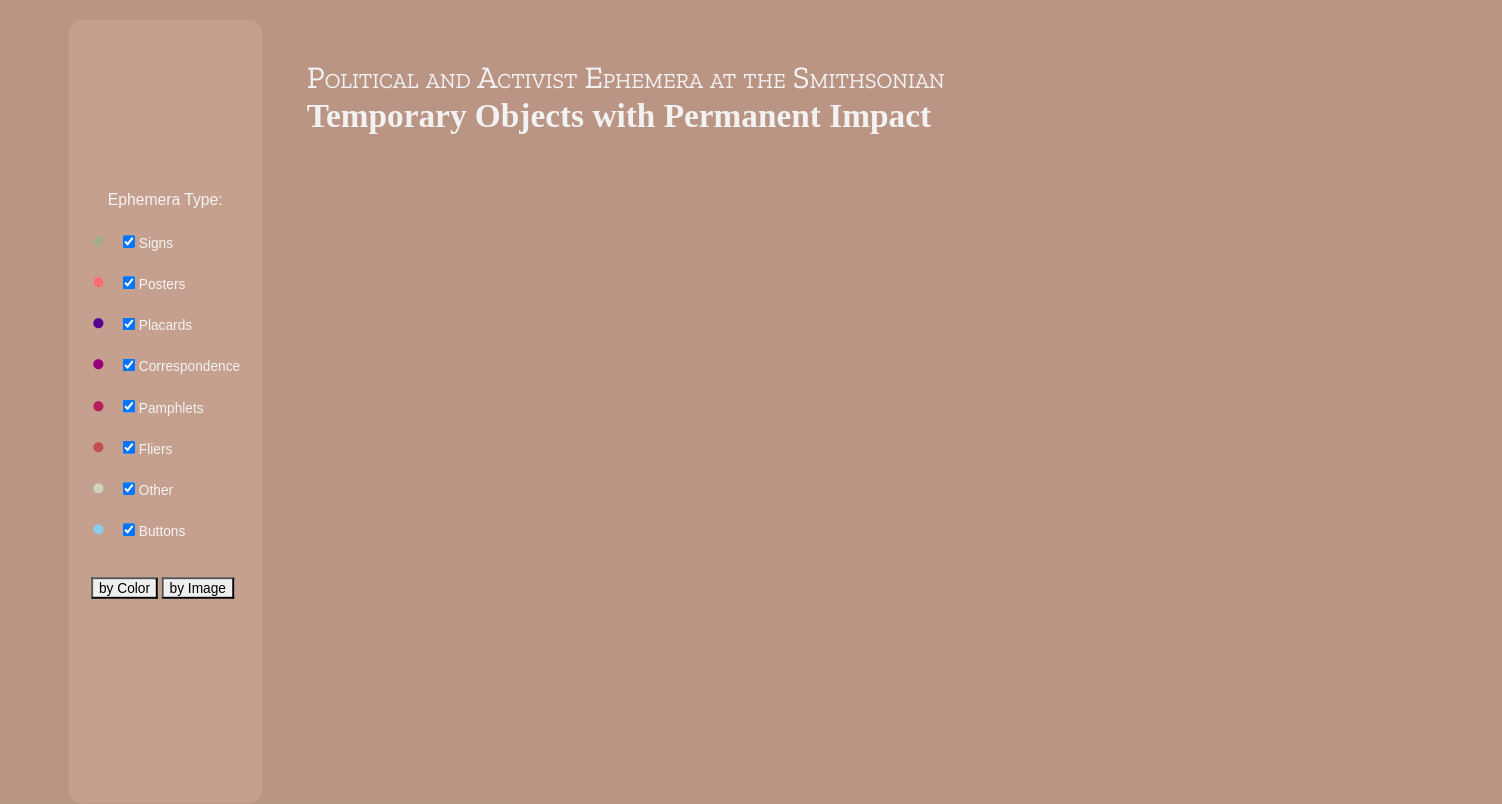
Repository: m0llyc00k/Major-studio-1
Page: Qualitative/examples-beeswarm/index-2.html
The author's editor kept a record of every edit. The page is drawn from the files as they stood at one moment, then again after the next edit.
The browser window is 1280 px wide. The page is 1533 px wide, so the pictures cover 1533 px, including what lies to the right of the window. The pictures show the whole page, at 98% of full size.
The page's requests for data from a server got no answer. Some web fonts or font styles are not loaded; a fallback is used.

Above is the page before.

### Qualitative/examples-beeswarm/index-2.html
<!DOCTYPE html>
<html lang="en">
<head>
  <title>Ephemera at the Smithsonian</title>
  <meta charset="utf-8">
  <meta name="viewport" content="width=device-width, initial-scale=1">
  <link rel="stylesheet" href="https://maxcdn.bootstrapcdn.com/bootstrap/4.5.2/css/bootstrap.min.css">
  <script src="https://ajax.googleapis.com/ajax/libs/jquery/3.5.1/jquery.min.js"></script>
  <script src="https://cdnjs.cloudflare.com/ajax/libs/popper.js/1.16.0/umd/popper.min.js"></script>
  <script src="https://maxcdn.bootstrapcdn.com/bootstrap/4.5.2/js/bootstrap.min.js"></script>
    <link rel="preconnect" href="https://fonts.googleapis.com">
    <link rel="preconnect" href="https://fonts.gstatic.com" crossorigin>
    <link href="https://fonts.googleapis.com/css2?family=Space+Grotesk:wght@300&family=Spartan:wght@100;400&family=Zilla+Slab:ital,wght@0,300;0,400;1,300;1,400&display=swap" rel="stylesheet">
    <link rel="preconnect" href="https://fonts.googleapis.com">
    <link rel="preconnect" href="https://fonts.gstatic.com" crossorigin>
    <link href="https://fonts.googleapis.com/css2?family=Zilla+Slab+Highlight:wght@400;700&display=swap" rel="stylesheet">

<style type="text/css">



        body {
            background-color: #ba9584;
            zoom: reset;
        }


        .graph {
            width: 50%;
            background-color: #ba9584;
        }

        #checkboxes > * {
            font: 14px sans-serif;
            font-weight: 300;
            color: #F3F3F3;
            padding: 3px;
            display: block;

        }

        .col-xs-4 {
            background-color: #C5A08E;
            padding: 20px;
            border-radius: 15px;
            padding-top: 150px;
        }

        .measure-group {
            display:grid;
        }


        svg {
        background-color: #ba9584;

        }

        .cells path {
            fill: none;
            pointer-events: all;
        }

        div.tooltip {
            position: fixed;
            text-align: left;
            color: white;
            white-space: normal;
            padding: 8px;
            font-size: 14px;
            background: rgb(96,125,139);
            border: 1px solid rgb(96,125,139);
            border-radius: 2px;
            pointer-events: none;
            cursor: pointer;
        }

        .axis path,
        .axis line {
            fill: none;
            stroke: rgb(96,125,139);
            shape-rendering: optimizeSpeed;
        }

        .axis text {
            font: 15px sans-serif;
            color: #F3F3F3;

        }

        .typeSort {}


        .container {
            padding-top: 20px;
        }




      </style>

</head>
<body>

<div class="container">
  <div class="row">

            <div class="col-xs-4"  id="checkboxes">
                <span style="position:relative; top: 5px; font-size: 16px; padding:20px;">Ephemera Type:</span>
                <label class="mdl-checkbox mdl-js-checkbox mdl-js-ripple-effect">
                    <span class="mdl-checkbox__label" id="signsColor" style="font-size: 24px; color: #530094;">&#9679;&nbsp;&nbsp;</span>
                    <input type="checkbox" value="signs" class="mdl-checkbox__input typeSort" checked="">    Signs
                </label>
                <label class="mdl-checkbox mdl-js-checkbox mdl-js-ripple-effect">
                    <span class="mdl-checkbox__label" id="postersColor" style="font-size: 24px; color: #A8B1E1;">&#9679;&nbsp;&nbsp;</span>
                    <input type="checkbox" value="posters" class="mdl-checkbox__input typeSort" checked="">    Posters
                </label>
                <label class="mdl-checkbox mdl-js-checkbox mdl-js-ripple-effect">
                    <span class="mdl-checkbox__label" id="placardsColor" style="font-size: 24px; color: #0E09F8;">&#9679;&nbsp;&nbsp;</span>
                    <input type="checkbox" value="placards" class="mdl-checkbox__input typeSort" checked="">    Placards
                </label>
                <label class="mdl-checkbox mdl-js-checkbox mdl-js-ripple-effect">
                     <span class="mdl-checkbox__label" id="correspondenceColor" style="font-size: 24px; color: #8C19E7;">&#9679;&nbsp;&nbsp;</span>
                    <input type="checkbox" value="correspondence" class="mdl-checkbox__input typeSort" checked="">    Correspondence
                </label>
                <label class="mdl-checkbox mdl-js-checkbox mdl-js-ripple-effect">
                     <span class="mdl-checkbox__label" id="pamphletsColor" style="font-size: 24px; color: #12107A;">&#9679;&nbsp;&nbsp;</span>
                    <input type="checkbox" value="pamphlets" class="mdl-checkbox__input typeSort" checked="">    Pamphlets
                </label>
                    <label class="mdl-checkbox mdl-js-checkbox mdl-js-ripple-effect">
                     <span class="mdl-checkbox__label" id="fliersColor" style="font-size: 24px; color: #8387F5;">&#9679;&nbsp;&nbsp;</span>
                    <input type="checkbox" value="fliers" class="mdl-checkbox__input typeSort" checked="">    Fliers
                </label>
                    <label class="mdl-checkbox mdl-js-checkbox mdl-js-ripple-effect">
                    <span class="mdl-checkbox__label" id="otherColor" style="font-size: 24px; color: #A8E1D8;">&#9679;&nbsp;&nbsp;</span>
                    <input type="checkbox" value="other" class="mdl-checkbox__input typeSort" checked="">    Other
                </label>
                <label class="mdl-checkbox mdl-js-checkbox mdl-js-ripple-effect">
                    <span class="mdl-checkbox__label" id="buttonsColor" style="font-size: 24px; color: #936C85;">&#9679;&nbsp;&nbsp;</span>
                    <input type="checkbox" value="buttons" class="mdl-checkbox__input typeSort" checked="">  Buttons
                </label>
                <div class="centered" style="padding-top: 25px">
    <div class="legendButtons" data-toggle="colorOrImage">
                <button onclick="changeColor()">by Color</button>
                <button onclick="changeImage()">by Image</button>
        <!--<button type="button" onclick="changeColor()" id="color" class="measure mdl-button mdl-js-button mdl-button--raised mdl-button--colored" value="typeSort">Type by Color</button> </br>-->
        <!--<button type="button" onclick="changeImage()" id="image" class="measure mdl-button mdl-js-button mdl-button--raised mdl-button--colored" value="primaryImage">Type by Image</button>-->
    </div>
    <!--<div class="scale-group" data-toggle="buttons-radio">-->
    <!--    <button type="button" class="scale mdl-button mdl-js-button mdl-button--raised mdl-button--colored" value="scaleLinear">Linear Scale</button>-->
    <!--    <button type="button" class="scale mdl-button mdl-js-button mdl-button--raised mdl-button--colored" value="scaleLog">Log Scale</button>-->
    <!--</div>-->
</div>
            </div>

    <div class="col-md-4" id="svganchor"></div><div class="col-xs-4"></div>




  </div>


<script src = "https://d3js.org/d3.v5.min.js"></script>
<script src = "beeswarm-2.js"></script>

</body>
</html>

### Qualitative/examples-beeswarm/beeswarm-2.js
let height = 800;
let width = 1250;
let margin = ({top: 40, right: 40, bottom: 34, left: 40});
let allDates = [];

// Data structure describing chart scales
let Scales = {
    lin: "scaleLinear",
    log: "scaleLog"
};

// Data structure describing volume of displayed data
let Count = {
    dateSort: "dateSort",
};

// Data structure describing legend fields value
let Legend = {
    dateSort: "dateSort",
};

let chartState = {};

chartState.measure = Count.dateSort;
chartState.scale = Scales.lin;
chartState.legend = Legend.dateSort;


// Colors used for circles depending on typeSort
let colors = d3.scaleOrdinal()
    .domain(["buttons", "signs", "posters", "placards", "correspondence", "pamphlets", "fliers", "other"])
    .range(['#88CCEE','#A2AC87','#FE6D73','#530094','#970078','#b71d5f', '#c44f51', '#CCD4BD']);

    // #88CCEE,#CC6677,#DDCC77,#117733,#332288,#AA4499,#44AA99,#999933,#882255,#661100,#6699CC,#888888

d3.select("#buttonsColor").style("color", colors("buttons"));
d3.select("#signsColor").style("color", colors("signs"));
d3.select("#postersColor").style("color", colors("posters"));
d3.select("#placardsColor").style("color", colors("placards"));
d3.select("#correspondenceColor").style("color", colors("correspondence"));
d3.select("#pamphletsColor").style("color", colors("pamphlets"));
d3.select("#fliersColor").style("color", colors("fliers"));
d3.select("#otherColor").style("color", colors("other"));


let svg = d3.select("#svganchor")
    .append("svg")
    .attr("width", width)
    .attr("height", height)

svg.append("text")
        .attr("x", 30)
        .attr("y", 70)
        .attr("text-anchor", "left")
        .style("font-size", "32px")
        .style("fill", "#f2f2f2")
        .style("font-family", "Zilla Slab")
        .style("font-variant", "small-caps")
        .text("Political and Activist Ephemera at the Smithsonian");

// Add subtitle to graph
svg.append("text")
        .attr("x", 30)
        .attr("y", 110)
        .attr("text-anchor", "left")
        .style("font-size", "34px")
        .style("fill", "#f2f2f2")
        .style("max-width", 400)
        .style("font-family", "Zilla Slab Highlight")
        .style("font-weight", 700)
        .text("Temporary Objects with Permanent Impact");



let xScale = d3.scaleLinear()
    .domain(allDates.map(d => d.dateSort))
    .range([margin.left, width - margin.right])

svg.append("g")
    .attr("class", "x axis")
    .attr("transform", "translate(0," + (height - margin.bottom) + ")")


// Create line that connects circle and X axis
let xLine = svg.append("line")
    .attr("stroke", "rgb(96,125,139)")
    .attr("stroke-dasharray", "3,4")
    .attr("stroke-width", "2");

// Create tooltip div and make it invisible
let tooltip = d3.select("#svganchor").append("div")
    .attr("class", "tooltip")
    .style("opacity", 0);

let tooltip2 = d3.select("#svganchor").append("div")
    .attr("class", "tooltip")
    .style("opacity", 0);

// Load and process data
d3.csv("https://raw.githubusercontent.com/m0llyc00k/major-studio-1/main/Qualitative/examples-beeswarm/beeswarm-data-new-Images.csv").then(function (data) {

    let dataSet = data;

    redraw();



    // Trigger filter function whenever checkbox is ticked/unticked
    d3.selectAll("input").on("change", filter);

    function redraw() {

        // Set scale type based on button clicked
        if (chartState.scale === Scales.lin) {
            xScale = d3.scaleLinear().range([ margin.left, width - margin.right ])
        }

        if (chartState.scale === Scales.log) {
            xScale = d3.scaleLog().range([ margin.left, width - margin.right ]);
        }

        xScale.domain(d3.extent(dataSet, function(d) {
            return +d[chartState.measure];
        }));

//set x axis
        let xAxis = d3.axisBottom(xScale)
                .ticks(12, ".0f");


        d3.transition(svg).select(".x.axis")
            .transition()
            .duration(1000)
            .call(xAxis);

        // Create simulation with specified dataset
        let simulation = d3.forceSimulation(dataSet)
            // Apply positioning force to push nodes towards desired position along X axis
            .force("x", d3.forceX(function(d) {
                // Mapping of values from date/perCapita column of dataset to range of SVG chart (<margin.left, margin.right>)
                return xScale(+d[chartState.measure]);  // This is the desired position
            }).strength(8))  // Increase velocity
            .force("y", d3.forceY((height / 1.75) - margin.bottom))  // // Apply positioning force to push nodes towards center along Y axis
            .force("collide", d3.forceCollide(14)) // Apply collision force with radius of 9 - keeps nodes centers 9 pixels apart
            .stop();  // Stop simulation from starting automatically

        // Manually run simulation
        for (let i = 0; i < dataSet.length; ++i) {
            simulation.tick(5);
        }


// function changeColor() {

        // Create ephemera circles
        let titleCircles = svg.selectAll(".title")
            .data(dataSet, function(d) { return d.title });

        titleCircles.exit()
            .transition()
            .duration(1000)
            .attr("cx", 0)
            .attr("cy", (height / 2) - margin.bottom / 2)
            .remove();

        titleCircles.enter()
            .append("circle")
            .attr("class", "title")
            .attr("cx", width - margin.right)
            .attr("cy", (height) - margin.bottom)
            .attr("r", 13)
            .attr("fill", function(d){ return colors(d.typeSort)})
            .merge(titleCircles)
            .transition()
            .duration(2000)
            .attr("cx", function(d) { return d.x; })
            .attr("cy", function(d) { return d.y; });

// }



// function changeImage (){

// var images = svg.selectAll(".primaryImage")
//             .data(dataSet, function(d) { return d.primaryImage });

//         images.exit()
//             .transition()
//             .duration(1000)
//             .attr("x", 0)
//             .attr("y", (height) - margin.bottom)
//             .remove()

//         titleCircles.exit()
//             .transition()
//             .duration(1000)
//             .attr("cx", 0)
//             .attr("cy", (height / 2) - margin.bottom / 2)
//             .remove();

//         images.enter()
//             .append("image")
//             .attr("xlink:href", function(d) { return d.primaryImage;})
//             .attr("width", 26)
//             .attr("height", 26)
//             .attr("x", width - margin.right / 2)
//             .attr("y", (height) - margin.bottom / 2)
//             .merge(images)
//             .transition()
//             .duration(2000)
//             .attr("x", function(d) { return d.x; })
//             .attr("y", function(d) { return d.y; });

// }



        // Show tooltip when hovering over circle (data for respective country)
        d3.selectAll(".title").on("mousemove", function(d) {
            tooltip.html(`<div id="textTooltip">
                          <strong>${d.title}</strong><br>
                          ${d.typeTrue}<br>
                          <strong>${d.dateTrue}</strong><br>
                          </div>
                          <div id="imageTooltip" float:right>
                          <img src="${d.primaryImage}" alt="image here">
                          </div>
                          `)
                // .style('top', d3.event.pageY - 1 + 5 + 'px')
                // .style('left', d3.event.pageX + 1 + 10 + 'px')
                .style("opacity", 0.9)
                .style("left", d3.select(this).attr("cx") + "px")
                .style("top", d3.select(this).attr("cy") + "px");




            xLine.attr("x1", d3.select(this).attr("cx"))
                .attr("y1", d3.select(this).attr("cy"))
                .attr("y2", (height - margin.bottom))
                .attr("x2",  d3.select(this).attr("cx"))
                .attr("opacity", 1)


        }).on("mouseout", function(_) {
            tooltip.style("opacity", 0);
            xLine.attr("opacity", 0);
        });

    }

    // Filter data based on which checkboxes are ticked
    function filter() {

        function getCheckedBoxes(checkboxName) {

            let checkboxes = d3.selectAll(checkboxName).nodes();
            let checkboxesChecked = [];
            for (let i = 0; i < checkboxes.length; i++) {
                if (checkboxes[i].checked) {
                    checkboxesChecked.push(checkboxes[i].defaultValue);
                }
            }
            return checkboxesChecked.length > 0 ? checkboxesChecked : null;
        }

        let checkedBoxes = getCheckedBoxes(".typeSort");

        let newData = [];

        if (checkedBoxes == null) {
            dataSet = newData;
            redraw();
            return;
        }

        for (let i = 0; i < checkedBoxes.length; i++){
            let newArray = data.filter(function(d) {
                return d.typeSort === checkedBoxes[i];
            });
            Array.prototype.push.apply(newData, newArray);
        }

        dataSet = newData;
        redraw();
    }

}).catch(function (error) {
    if (error) throw error;
});

After the next edit:
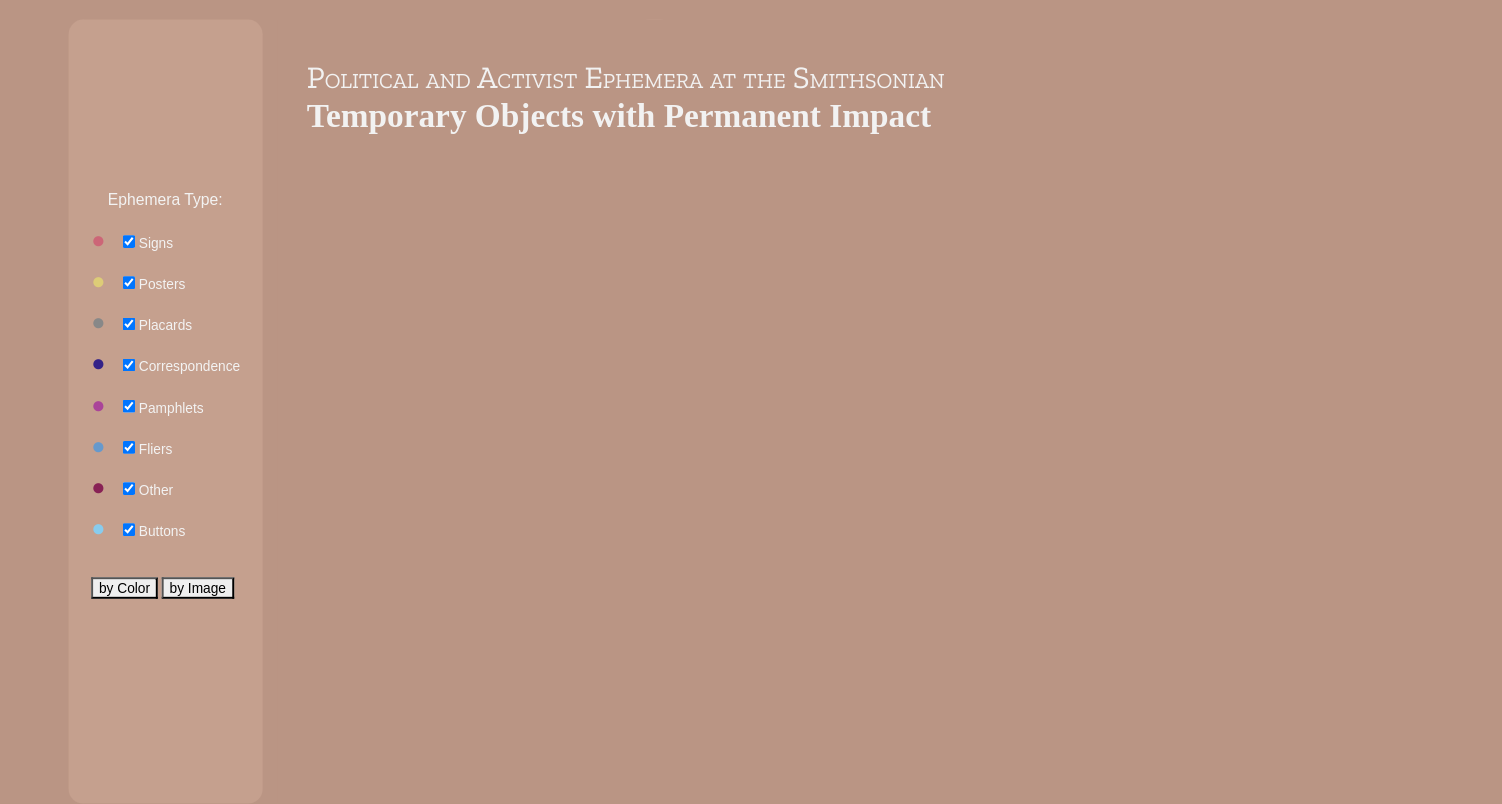
The edit:
--- a/Qualitative/examples-beeswarm/beeswarm-2.js
+++ b/Qualitative/examples-beeswarm/beeswarm-2.js
@@ -29,7 +29,7 @@
 // Colors used for circles depending on typeSort
 let colors = d3.scaleOrdinal()
     .domain(["buttons", "signs", "posters", "placards", "correspondence", "pamphlets", "fliers", "other"])
-    .range(['#88CCEE','#A2AC87','#FE6D73','#530094','#970078','#b71d5f', '#c44f51', '#CCD4BD']);
+    .range(['#88CCEE','#CC6677','#DDCC77','#888888','#332288','#AA4499', '#6699CC', '#882255']);
 
     // #88CCEE,#CC6677,#DDCC77,#117733,#332288,#AA4499,#44AA99,#999933,#882255,#661100,#6699CC,#888888
 
